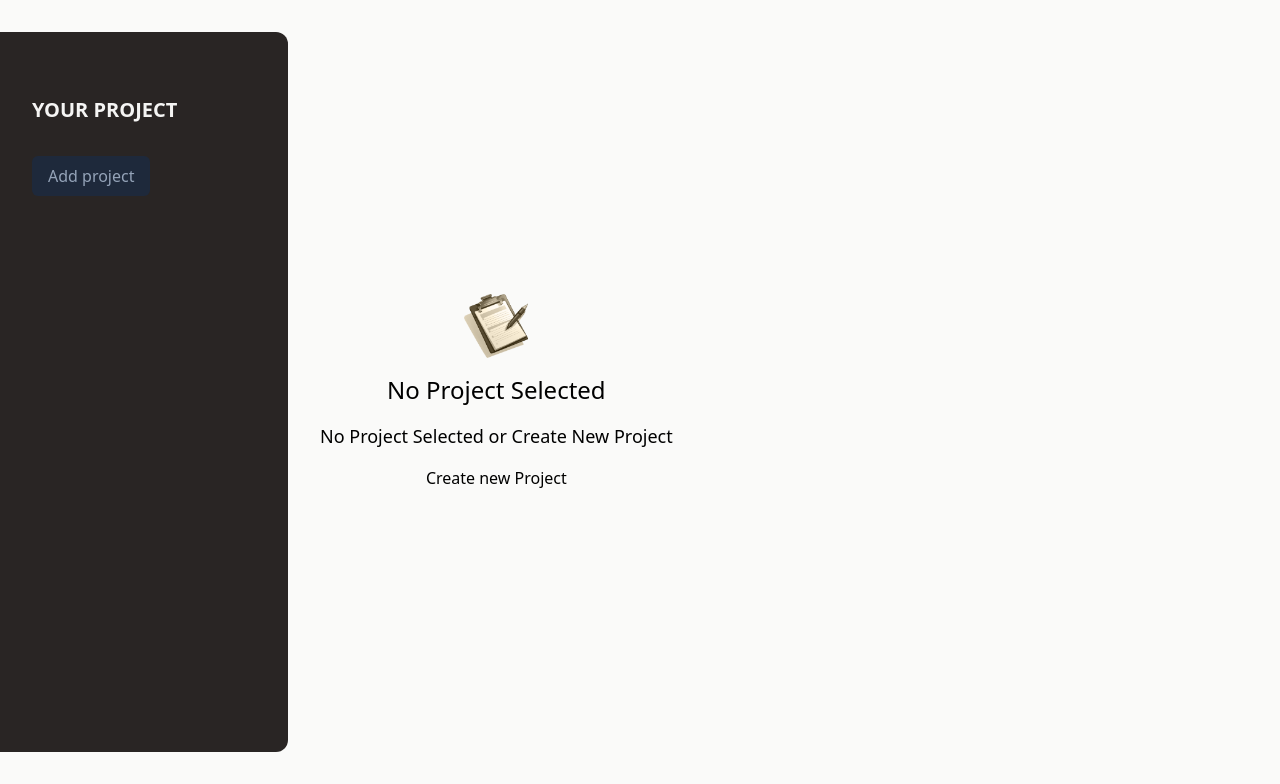
Repository: sibi24sibi/todo-list-using-reactjs
Page: /
An editor plug-in stored every save of this project. The page is shown before and after the next save, followed by the edit.
The browser window is 1280 px wide. The pictures show the whole page.
The project was rebuilt for these pictures with package versions that can differ from the ones it lists, and the page was loaded fresh each time. Also part of the build but not shown: vite.config.js, src/Components/Input.jsx, src/Components/NewProjects.jsx.

Above is the page before, as saved 2024-06-24 14:54:30.

### src/App.jsx
import NewPoject from "./Components/NewProjects";
import Noprojects from "./Components/NoProjects";
import SideBar from "./Components/SideBar";

function App() {
  return (
    <>
      <main className="h-screen my-8 flex gap-8">
        <SideBar />
        <Noprojects />
      </main>
    </>
  );
}

export default App;

### src/Components/NoProjects.jsx
import noProjects from "../assets/no-projects.png";

export default function Noprojects() {
  return (
    <div className="flex flex-col gap-4 justify-center items-center ">
      <img src={noProjects} alt="No Projects" className="w-16 h-16" />
      <h2 className="text-2xl ">No Project Selected</h2>
      <p className=" text-lg">No Project Selected or Create New Project</p>
      <p>
        <button className="">Create new Project</button>
      </p>
    </div>
  );
}

### src/Components/SideBar.jsx
export default function SideBar() {
  return (
    <aside className="w-1/3 px-8 py-16 bg-stone-800 text-stone-50 md:w-72 rounded-r-xl">
      <h2 className="mb-8 font-bold uppercase md:text-xl text-stone-100">
        your project
      </h2>
      <div>
        <button className="px-4 py-2 text-slate-400 hover:text-slate-900 md:text-base rounded-md bg-slate-800 hover:bg-slate-400">
          Add project
        </button>
      </div>
      <ul></ul>
    </aside>
  );
}

### src/Components/Button.jsx
export default function Button({ children, ...props }) {
  return (
    <button
      {...props}
      className="px-4 py-2 text-slate-400 hover:text-slate-900 md:text-base rounded-md bg-slate-800 hover:bg-slate-400"
    >
      {children}
    </button>
  );
}

Loaded but not shown: index.html (common file); src/main.jsx (common file); src/index.css (common file); tailwind.config.js (common file)

After the next save:
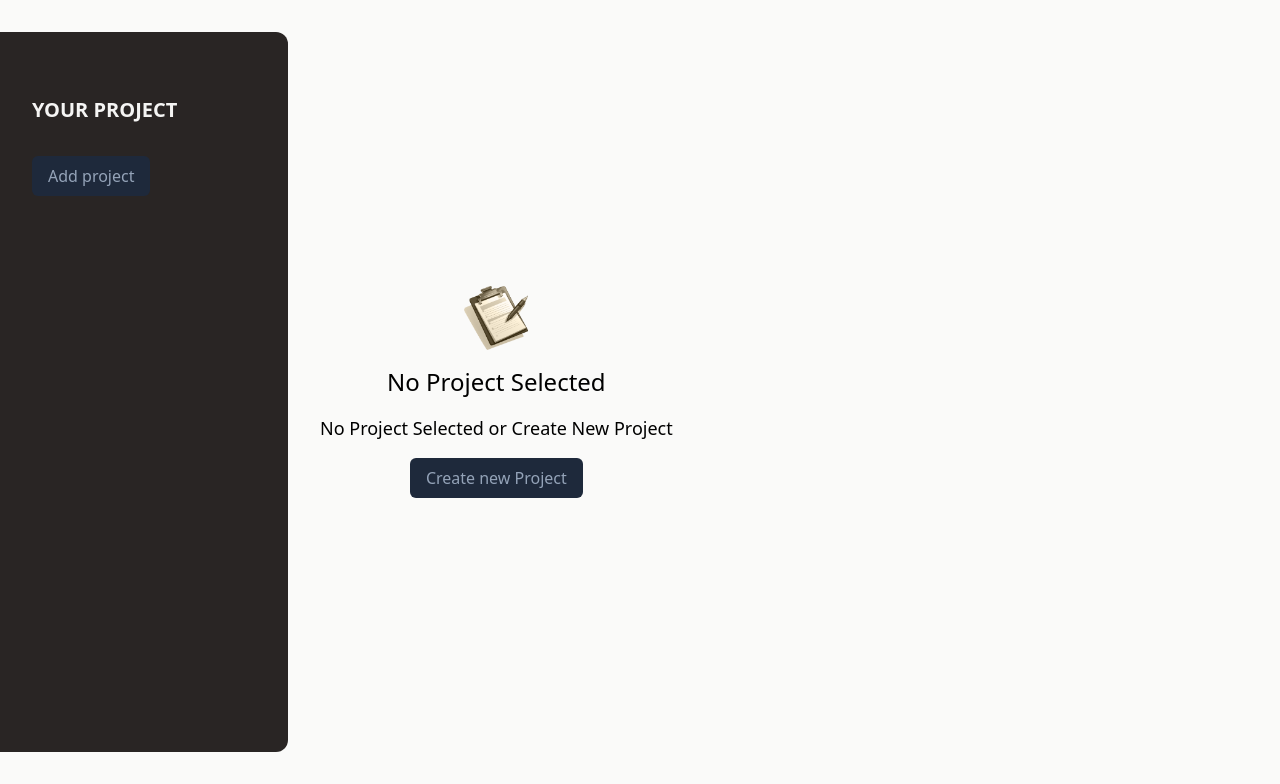
Saved 6 s later.
--- a/src/Components/NoProjects.jsx
+++ b/src/Components/NoProjects.jsx
@@ -1,4 +1,5 @@
 import noProjects from "../assets/no-projects.png";
+import Button from "./Button";
 
 export default function Noprojects() {
   return (
@@ -7,7 +8,7 @@ export default function Noprojects() {
       <h2 className="text-2xl ">No Project Selected</h2>
       <p className=" text-lg">No Project Selected or Create New Project</p>
       <p>
-        <button className="">Create new Project</button>
+        <Button className="">Create new Project</Button>
       </p>
     </div>
   );
